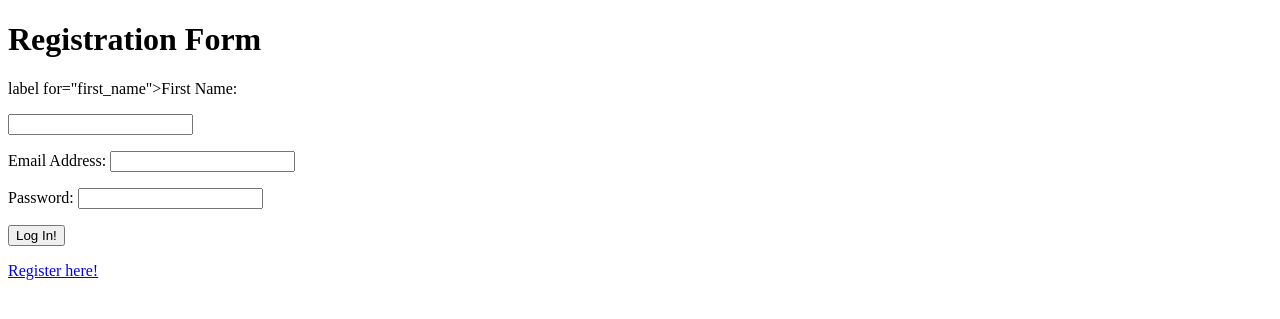
Repository: codieb1997/cosw30
Page: http://localhost/labwork/lab2/register.php
The author's editor kept a record of every edit. The page is drawn from the files as they stood at one moment, then again after the next edit.
The browser window is 1280 px wide. The pictures show the whole page.
The page is run by PHP 8.4 with error messages shown; the project is at /var/www/html/.

Above is the page before.

### labwork/lab2/register.php
<!doctype html>
<html>
    <head>
        <meta charset "utf-8">
        <title>Register</title>
    </head>
    <body>
        <h1>Registration Form</h1>
        <form action="process_register.php" method="POST">
            <p>label for="first_name">First Name:</label></p>
            <input type="text" name="first_name" id="first_name" required></p>

            <p><label
            <p><label for="email">Email Address:</label>
            <input type="email" name="email" id="email" required></p>

            <p><label for="password">Password:</label>
            <input type="password" name="password" id="password" required></p>

            <button>Log In!</button>

            <p><a href="register.php">Register here!</a></p>
        </form>
    </body>
</html>

After the next edit:
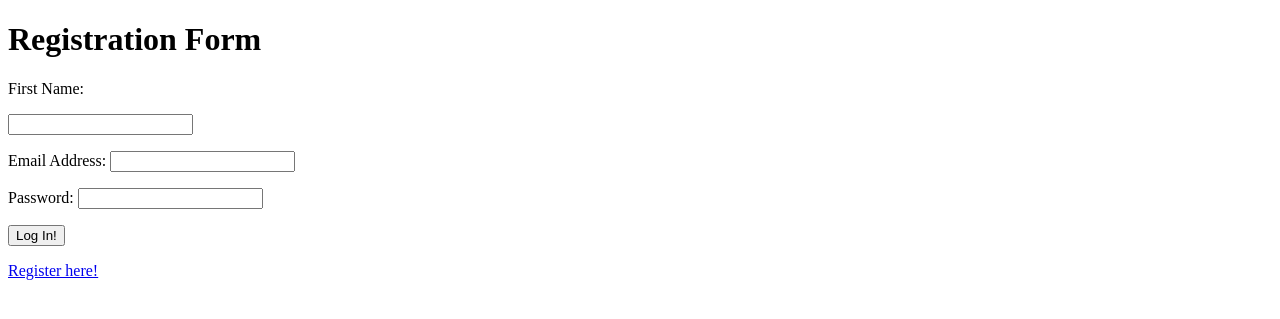
The edit:
--- a/labwork/lab2/register.php
+++ b/labwork/lab2/register.php
@@ -7,7 +7,7 @@
     <body>
         <h1>Registration Form</h1>
         <form action="process_register.php" method="POST">
-            <p>label for="first_name">First Name:</label></p>
+            <p><label for="first_name">First Name:</label></p>
             <input type="text" name="first_name" id="first_name" required></p>
 
             <p><label
